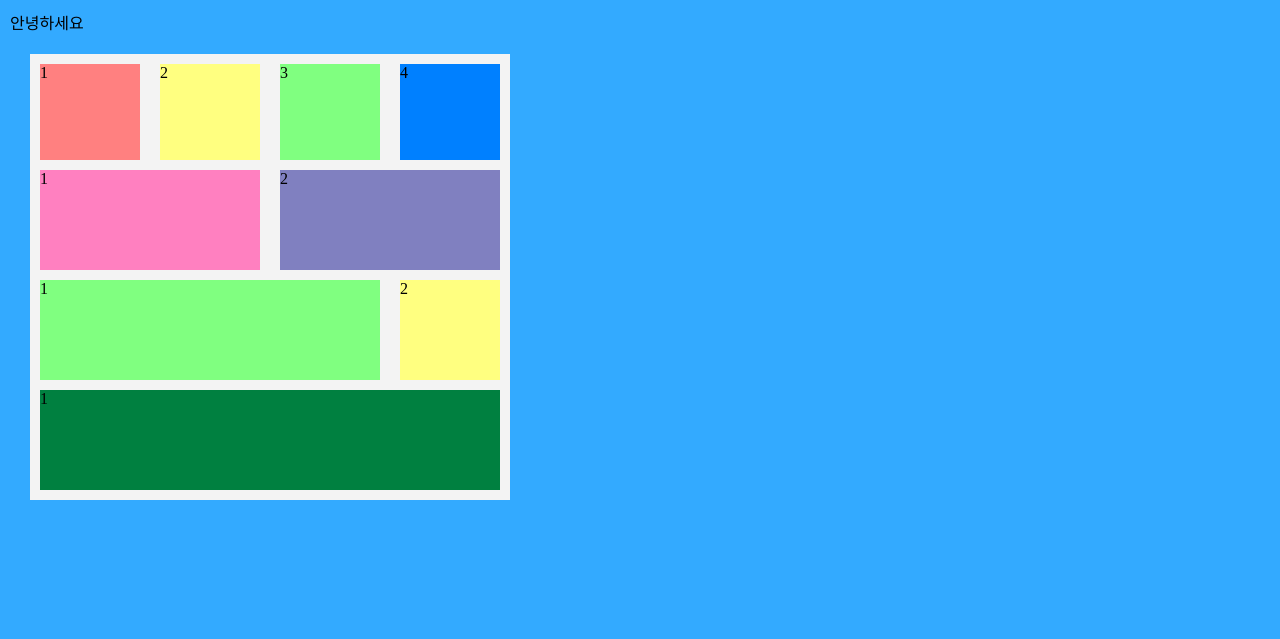
Repository: BaekJiGyeong/JSP_web
Page: http://localhost/Project0303/project1.jsp
These files come from the project's save history. The page is drawn as it stood at one moment and after the next save; the edit follows.
The browser window is 1280 px wide. The pictures show the whole page.
The page is served by Tomcat 9.

Above is the page before, as saved 2016-03-03 09:04:12.

After the next save:
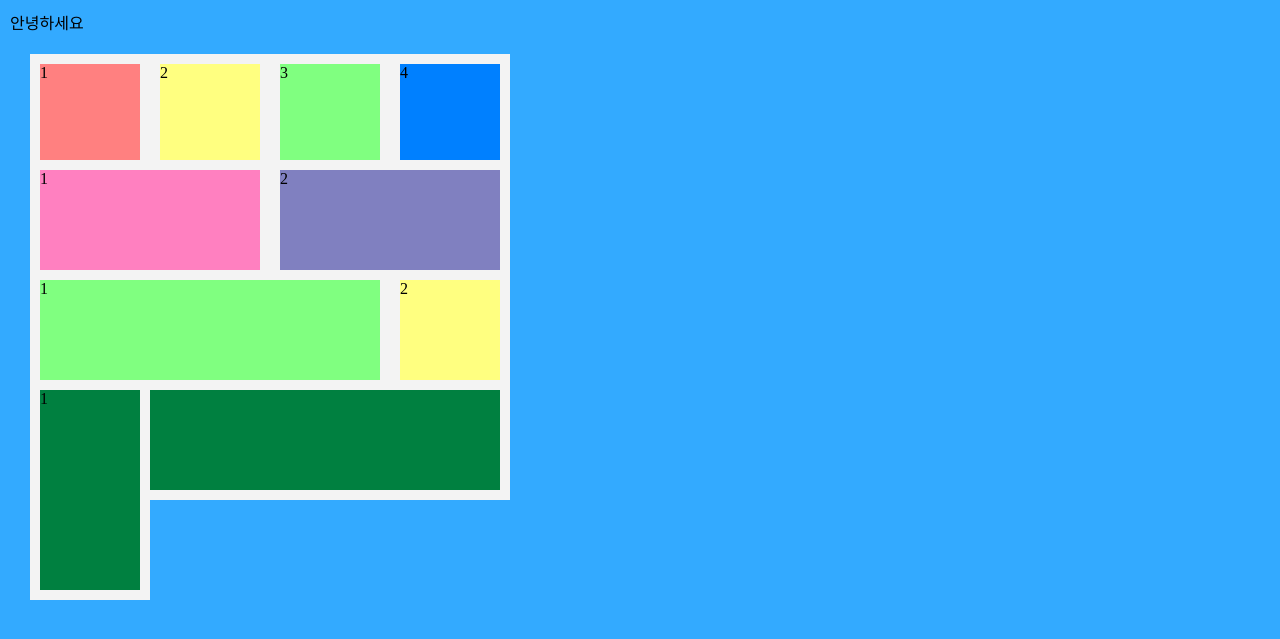
Saved 20 s later.
--- a/Project0303/WebContent/resource/css/project1.css
+++ b/Project0303/WebContent/resource/css/project1.css
@@ -92,7 +92,7 @@ div#col1 {
 }
 div#col1row1 {
 	background-color: #008040;
-	width: 460px;
-	height: 100px;
+	width: 100px;
+	height: 200px;
 	float: left;
 }
